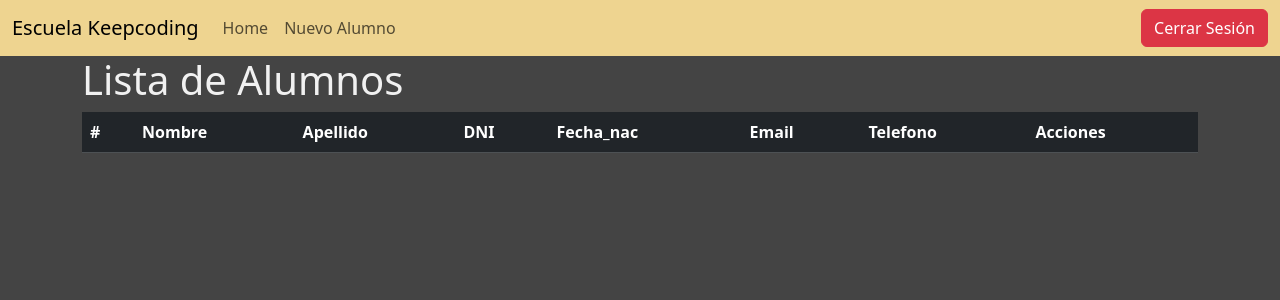
Repository: ChusmiPalos/EscuelaKeepcoding
Page: http://localhost/menu
The author's editor kept a copy of each file at every save. The page is drawn from the files as they stood at one save, then again after the next save.
The browser window is 1280 px wide. The pictures show the whole page.
The pointer rests on the first visible `.nav-item`.
The page is this project's Thymeleaf template; nobody is signed in. The template is opened directly, without the code that normally fills it, so the values that code supplies are empty.

Above is the page before, as saved 2024-07-06 23:09:46.

### app-web-escuela/src/main/resources/templates/menu.html
<!DOCTYPE html>
<html xmlns:th="https://www.thymeleaf.org/">
<head th:include="fragments/cabecera :: cabecera"></head>
<body>
	<div th:include="fragments/menu_navegacion :: menu"></div>

	<div class="container">
		<div class="row">
			<h1>Lista de Alumnos</h1>
		</div>

		<table class="table table-striped">
			<thead class="table-dark">
				<tr>
					<th scope="col">#</th>
					<th scope="col">Nombre</th>
					<th scope="col">Apellido</th>
					<th scope="col">DNI</th>
					<th scope="col">Fecha_nac</th>
					<th scope="col">Email</th>
					<th scope="col">Telefono</th>
					<th scope="col">Acciones</th>
				</tr>
			</thead>
			<tbody>

				<tr th:each="alu: ${alumnos}">
					<td th:text="${alu.id}" scope="row"></td>
					<td th:text="${alu.nombre}"></td>
					<td th:text="${alu.apellido}"></td>
					<td th:text="${alu.dni}"></td>
					<td th:text="${alu.fecha_nac}"></td>
					<td th:text="${alu.email}"></td>
					<td th:text="${alu.telefono}"></td>
					<td><a class="btn btn-info"
						th:href=@{/alumno/editar/{id}(id=${alu.id})}>Editar</a> <a
						class="btn btn-danger"
						th:href=@{/alumno/delete/{id}(id=${alu.id})}
						onclick="return confirm('Estas seguro?');">Borrar</a></td>
				</tr>

			</tbody>
		</table>
	</div>


	<script
		src="https://cdn.jsdelivr.net/npm/bootstrap@5.3.3/dist/js/bootstrap.bundle.min.js"
		integrity="sha384-YvpcrYf0tY3lHB60NNkmXc5s9fDVZLESaAA55NDzOxhy9GkcIdslK1eN7N6jIeHz"
		crossorigin="anonymous"></script>
</body>
</html>

### app-web-escuela/src/main/resources/templates/fragments/cabecera.html
<!DOCTYPE html>
<html xmlns:th="http://www.thymeleaf.org">
<head th:fragment="cabecera">
    <meta charset="UTF-8">
    <meta name="viewport" content="width=device-width, initial-scale=1.0">
    <link rel="stylesheet" th:href="@{/css/style.css}">
    <link rel="icon" type="image/png" th:href="@{/images/icono.png}">
    <title>Escuela Keepcoding</title>
    <link
	href="https://cdn.jsdelivr.net/npm/bootstrap@5.3.3/dist/css/bootstrap.min.css"
	rel="stylesheet"
	integrity="sha384-QWTKZyjpPEjISv5WaRU9OFeRpok6YctnYmDr5pNlyT2bRjXh0JMhjY6hW+ALEwIH"
	crossorigin="anonymous">
</head>
<body>
</body>
</html>

### app-web-escuela/src/main/resources/templates/fragments/menu_navegacion.html
<!DOCTYPE html>
<html xmlns:th="http://www.thymeleaf.org">
<head>
    <title>Fragmentos</title>
</head>

<body>
    <div th:fragment="menu">
        <nav class="navbar navbar-expand-lg barra_navegacion">
            <div class="container-fluid">
                <a class="navbar-brand" th:href="@{/menu}">Escuela Keepcoding</a>
                <button class="navbar-toggler" type="button"
                    data-bs-toggle="collapse" data-bs-target="#navbarNav"
                    aria-controls="navbarNav" aria-expanded="false"
                    aria-label="Toggle navigation">
                    <span class="navbar-toggler-icon"></span>
                </button>
                <div class="collapse navbar-collapse" id="navbarNav">
                    <ul class="navbar-nav">
                        <li class="nav-item"><a class="nav-link"
                            aria-current="page" th:href="@{/menu}">Home</a></li>
                        <li class="nav-item"><a class="nav-link"
                            th:href="@{/alumno/new}">Nuevo Alumno</a></li>
                    </ul>
                </div>
                <a class="btn btn-danger" href="/login">Cerrar Sesión</a>
            </div>
        </nav>
    </div>
</body>
</html>

### app-web-escuela/src/main/resources/static/css/style.css
.barra_navegacion {
	background-color: #eed490;
}

body {
	background-color: #444444!important;
	color: #f1f1f1!important;
}

After the next save:
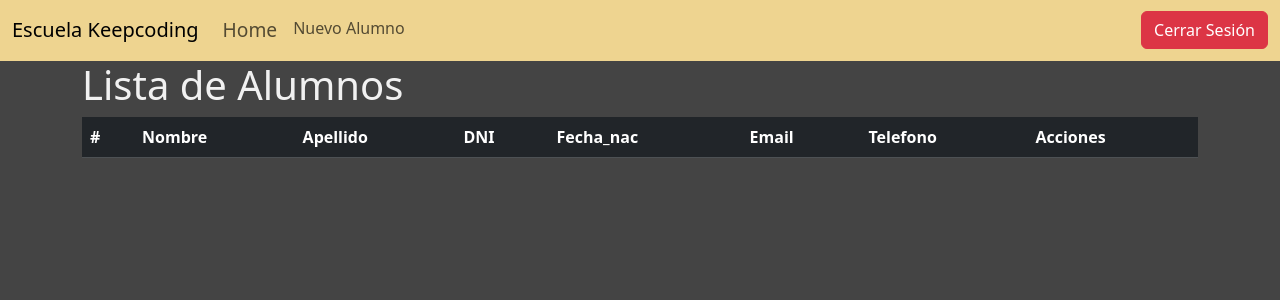
Saved 39 s later.
--- a/app-web-escuela/src/main/resources/static/css/style.css
+++ b/app-web-escuela/src/main/resources/static/css/style.css
@@ -1,5 +1,9 @@
 .barra_navegacion {
 	background-color: #eed490;
+}
+
+.nav-item:hover{
+	font-size: 120%;
 }
 
 body {
